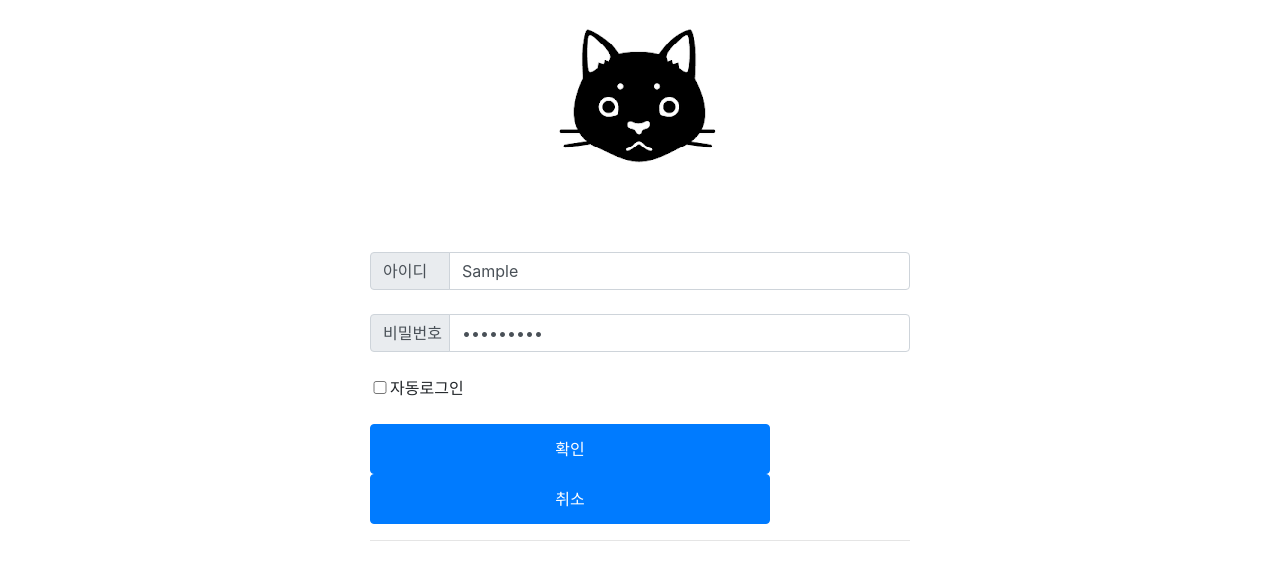
Repository: 0deepsleep/SpringMVCStudy
Page: http://localhost/TestProject/joinCheck.jsp
The author's editor kept a copy of each file at every save. The page is drawn from the files as they stood at one save, then again after the next save.
The browser window is 1280 px wide. The pictures show the whole page.
Empty fields were first filled with sample values (such as "Sample", 5 or name@example.com).
After loading, the first visible `#btn` was clicked once.
The page is served by Tomcat 9.

Above is the page before, as saved 2019-06-14 09:41:03.

After the next save:
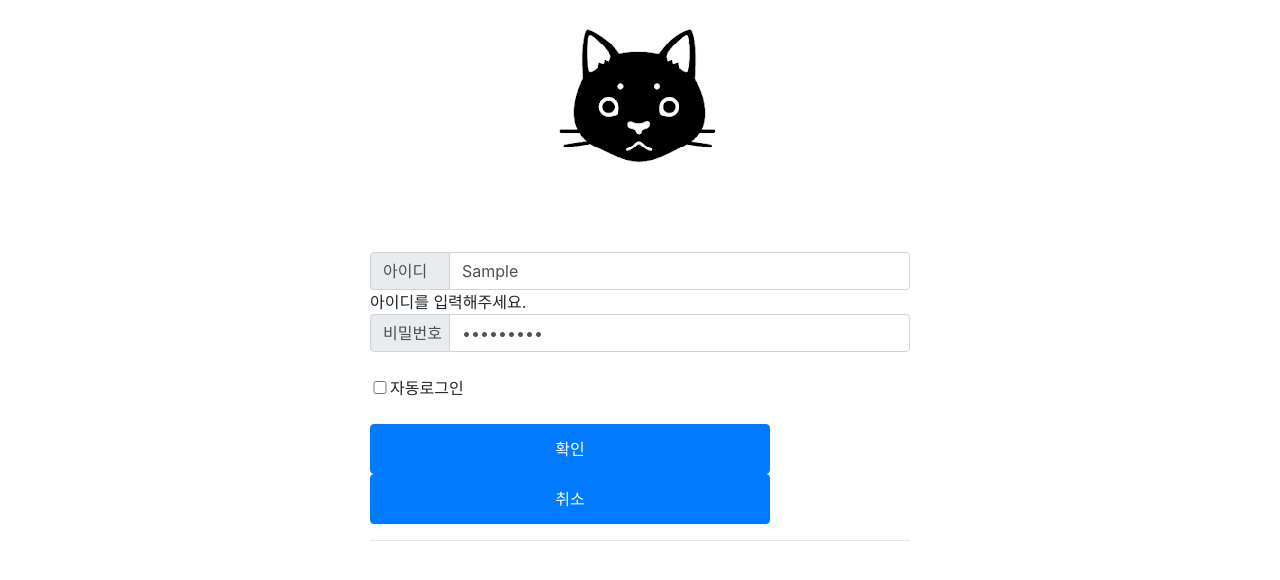
Saved 1 s later.
--- a/TestProject/WebContent/joinCheck.jsp
+++ b/TestProject/WebContent/joinCheck.jsp
@@ -48,7 +48,7 @@
 				return;
 			}
 
-			$("#err1").css("display", "none");
+			$("#err").css("display", "none");
 
 			if($("#userId").val()=="")
 			{
